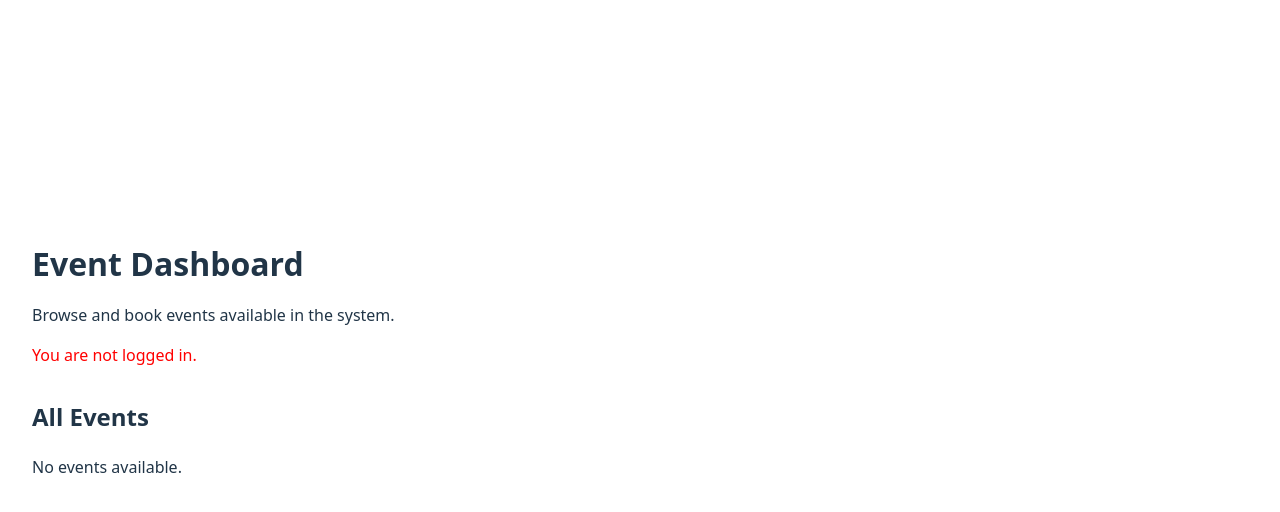
Repository: EphrahimLaanyu123/Karis
Page: /dashboard
These files come from the project's save history. The page is drawn as it stood at one moment and after a run of saves; the edit follows.
The browser window is 1280 px wide. The pictures show the whole page.
The page's requests for data from a server got no answer. The project was rebuilt for these pictures with package versions that can differ from the ones it lists, and the page was loaded fresh each time. No one was signed in, and anything a server would have sent is missing. Also part of the build but not shown: vite.config.js, src/components/Auth.jsx, src/components/admin/Dashboard.jsx, src/components/admin/ProtectedAdminRoute.jsx.

Above is the page before, as saved 2025-05-16 22:18:31.

### src/App.jsx
import React from 'react';
import { BrowserRouter as Router, Routes, Route, Navigate } from 'react-router-dom';

import Auth from './components/Auth';
import Dashboard from './components/Dashboard';
import AdminDashboard from './components/admin/Dashboard';
import ProtectedAdminRoute from './components/admin/ProtectedAdminRoute';

function App() {
  return (
    <Router>
      <Routes>
        <Route path="/" element={<Auth />} />
        <Route path="/dashboard" element={<Dashboard />} />

        <Route
          path="/admin/dashboard"
          element={
            <ProtectedAdminRoute>
              <AdminDashboard />
            </ProtectedAdminRoute>
          }
        />

        <Route path="*" element={<Navigate to="/" />} />
      </Routes>
    </Router>
  );
}

export default App;

### src/components/Dashboard.jsx
import React, { useEffect, useState } from 'react';

const Dashboard = () => {
  const [events, setEvents] = useState([]);
  const [loading, setLoading] = useState(true);
  const [user, setUser] = useState(null); // Store the entire user object
  const [bookingStatus, setBookingStatus] = useState({});

  useEffect(() => {
    const loadUserAndEvents = async () => {
      try {
        const storedUser = localStorage.getItem('user');

        if (!storedUser) {
          console.warn('No user found in localStorage');
          setUser(null);
        } else {
          try {
            const parsedUser = JSON.parse(storedUser);
            if (parsedUser) {
              console.log('Logged in as user:', parsedUser);
              setUser(parsedUser); // Store the entire user object
            } else {
              console.warn('Invalid user object in localStorage:', parsedUser);
            }
          } catch (e) {
            console.warn('Error parsing user object in localStorage:', e);
            setUser(null);
          }
        }

        // Fetch all events
        const res = await fetch('http://localhost:3000/api/events');
        if (!res.ok) {
          throw new Error(`HTTP error! status: ${res.status}`);
        }

        const data = await res.json();
        const eventsArray = Array.isArray(data) ? data : data.events || [];
        setEvents(eventsArray);
      } catch (error) {
        console.error('Error loading data:', error);
      } finally {
        setLoading(false);
      }
    };

    loadUserAndEvents();
  }, []);

  const handleBookTicket = async (eventId) => {
    if (!user) {
      setBookingStatus((prev) => ({ ...prev, [eventId]: 'Please log in to book.' }));
      return;
    }

    try {
      const res = await fetch(`http://localhost:3000/api/events/book/${eventId}`, {
        method: 'POST',
        headers: { 'Content-Type': 'application/json' },
        body: JSON.stringify({ userId: user._id }), // Use user._id
      });

      const result = await res.json();

      if (res.ok) {
        setBookingStatus((prev) => ({
          ...prev,
          [eventId]: 'Ticket booked successfully!',
        }));

        // Re-fetch updated events
        const updatedRes = await fetch('http://localhost:3000/api/events');
        const updatedData = await updatedRes.json();
        const updatedEvents = Array.isArray(updatedData)
          ? updatedData
          : updatedData.events || [];
        setEvents(updatedEvents);
      } else {
        setBookingStatus((prev) => ({
          ...prev,
          [eventId]: result.message || 'Booking failed.',
        }));
      }
    } catch (error) {
      console.error('Error booking ticket:', error);
      setBookingStatus((prev) => ({
        ...prev,
        [eventId]: 'Booking failed due to server error.',
      }));
    }
  };

  const handleLogout = () => {
    localStorage.removeItem('user');
    setUser(null); // Clear user state
    alert('Logged out');
  };

  return (
    <div style={{ padding: '2rem' }}>
      <h1 style={{fontSize: '2rem'}}>
        {user ? `Welcome ${user.email}` : "Event Dashboard"}
        </h1>
      <p>Browse and book events available in the system.</p>

      {user ? (
        <p>
          <button onClick={handleLogout}>Log out</button>
        </p>
      ) : (
        <p style={{ color: 'red' }}>You are not logged in.</p>
      )}

      <h2 style={{ marginTop: '2rem' }}>All Events</h2>

      {loading ? (
        <p>Loading events...</p>
      ) : events.length === 0 ? (
        <p>No events available.</p>
      ) : (
        <ul style={{ listStyleType: 'none', padding: 0 }}>
          {events.map((event) => {
            const isBooked = bookingStatus[event._id] === 'Ticket booked successfully!';
            return (
              <li
                key={event._id}
                style={{
                  marginBottom: '1.5rem',
                  padding: '1rem',
                  border: '1px solid #ccc',
                  borderRadius: '10px',
                  backgroundColor: '#f9f9f9',
                }}
              >
                <h3>{event.title}</h3>
                <p>{new Date(event.date).toLocaleString()}</p>
                <p>{event.description}</p>
                <p>
                  <strong>Total Tickets:</strong> {event.totalTickets}
                  <br />
                  <strong>Remaining Tickets:</strong> {event.remainingTickets}
                </p>

                <button
                  onClick={() => handleBookTicket(event._id)}
                  disabled={event.remainingTickets <= 0 || isBooked}
                  style={{
                    padding: '0.5rem 1rem',
                    borderRadius: '5px',
                    backgroundColor: isBooked ? 'gray' : '#007bff',
                    color: '#fff',
                    border: 'none',
                    cursor: event.remainingTickets <= 0 || isBooked ? 'not-allowed' : 'pointer',
                  }}
                >
                  {isBooked ? 'Already Booked' : 'Book Ticket'}
                </button>

                {bookingStatus[event._id] && (
                  <p
                    style={{
                      marginTop: '0.5rem',
                      color:
                        bookingStatus[event._id] === 'Ticket booked successfully!'
                          ? 'green'
                          : 'red',
                    }}
                  >
                    {bookingStatus[event._id]}
                  </p>
                )}
              </li>
            );
          })}
        </ul>
      )}
    </div>
  );
};

export default Dashboard;

Loaded but not shown: index.html (common file); src/main.jsx (common file); src/index.css (common file)

After the next 2 saves:
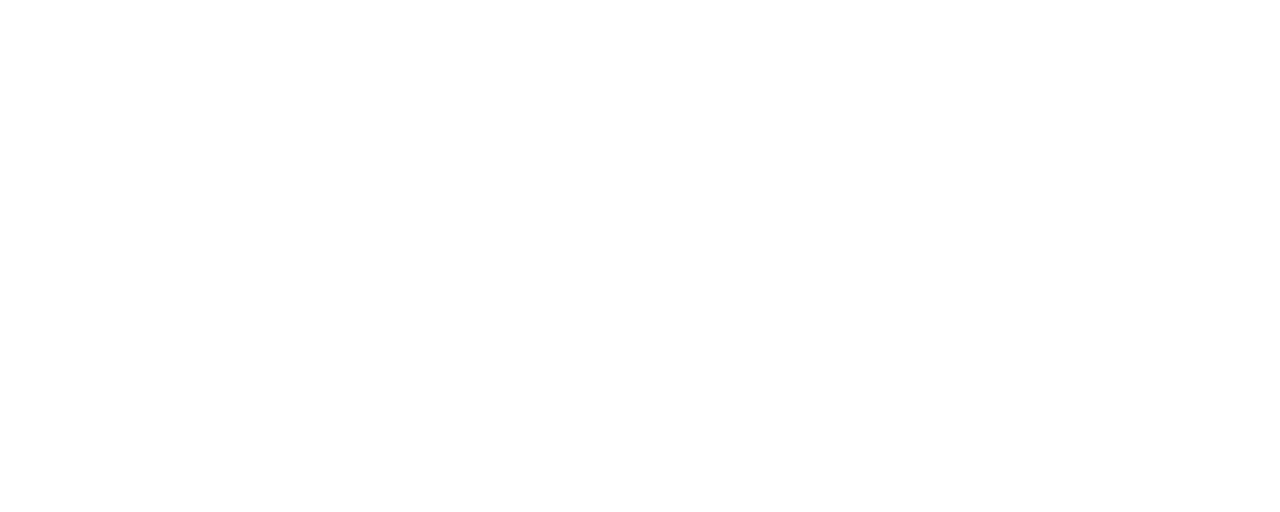
Console error: TypeError: Cannot read properties of null (reading 'email')
The 2 saves are shown as one change because 1 did not build or start.
The last was saved 16 s later.
--- a/src/components/Dashboard.jsx
+++ b/src/components/Dashboard.jsx
@@ -100,7 +100,7 @@
   return (
     <div style={{ padding: '2rem' }}>
       <h1 style={{fontSize: '2rem'}}>
-        {user ? `Welcome ${user.email}` : "Event Dashboard"}
+        `Welcome ${user.email}`
         </h1>
       <p>Browse and book events available in the system.</p>
 

After the save that followed:
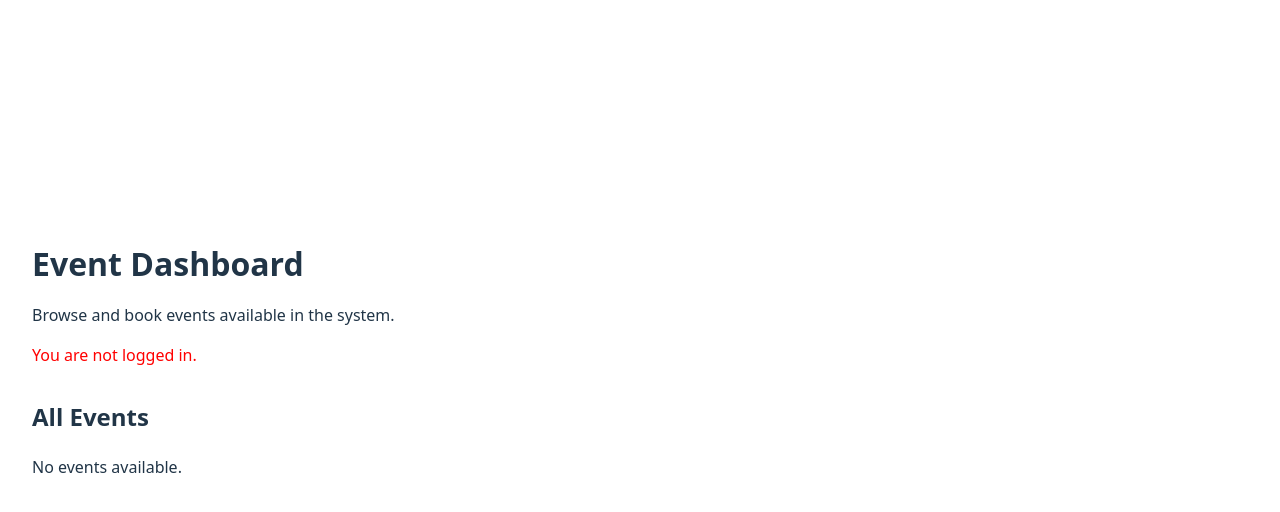
The error is gone.
Saved 4 s later.
--- a/src/components/Dashboard.jsx
+++ b/src/components/Dashboard.jsx
@@ -100,7 +100,7 @@
   return (
     <div style={{ padding: '2rem' }}>
       <h1 style={{fontSize: '2rem'}}>
-        `Welcome ${user.email}`
+        {user ? `Welcome ${user.email}` : "Event Dashboard"}
         </h1>
       <p>Browse and book events available in the system.</p>
 
